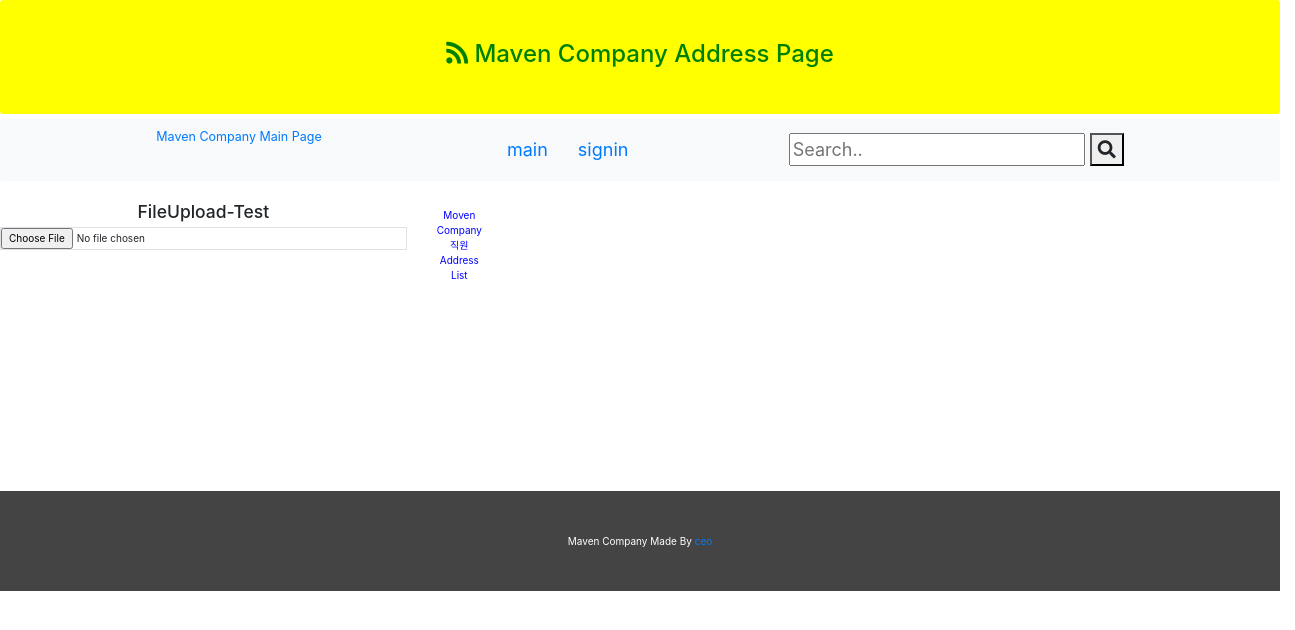
Repository: as2019a/spring
Page: http://localhost/ch19_project_mavenwebsite/WEB-INF/views/address.jsp
An editor plug-in stored every save of this project. The page is shown before and after the next save, followed by the edit.
The browser window is 1280 px wide. The page is 1295 px wide, so the pictures cover 1295 px, including what lies to the right of the window. The pictures show the whole page.
Some web libraries are served in a nearby version. The page is served by Tomcat 9. Nobody is signed in. Other server files are loaded and not shown. The template is opened directly, without the code that normally fills it, so the values that code supplies are empty.

Above is the page before, as saved 2019-01-31 09:29:08.

### ch19_project_mavenwebsite/src/main/webapp/WEB-INF/views/address.jsp
<%@ page language="java" contentType="text/html; charset=UTF-8"
    pageEncoding="UTF-8"%>
<%@ taglib prefix="c" uri="http://java.sun.com/jsp/jstl/core" %>
<%@ taglib prefix="sec" uri="http://www.springframework.org/security/tags" %>
<!DOCTYPE html>
<html>
<head>
<meta charset="UTF-8">
<meta name="viewport"
 	  content="width=device-width, initial-scale=1">
<title>Maven Company Address Page</title>
<link href="https://maxcdn.bootstrapcdn.com/bootstrap/3.3.2/css/bootstrap.min.css" rel="stylesheet">
<link rel="stylesheet" href="https://maxcdn.bootstrapcdn.com/bootstrap/4.2.1/css/bootstrap.min.css">
<link rel="stylesheet" href="https://use.fontawesome.com/releases/v5.5.0/css/all.css">
<style>
	.jumbotron{
		margin-bottom: 5px;
	}

	.jumbotron:hover{
		background-color:yellow;
	}

	#center:hover{
		color:orange;
	}

	#center{
		font-size:x-large;
		color:green;
	}

	#mca{
		text-align:center;
		color:blue;
		border-bottom:1px;
	}

	.navbar{
		font-size:large;
	}

	.footer{
		height: 100px;
		line-height: 100px;
		background-color: #444;
		color: white;
		text-align: center;
		margin-top: 200px;
	}
</style>
</head>
<body>
	<div class="jumbotron">
		<h1 class="text-center" id="center"><i class='fas fa-rss' style='font-size:25px'></i> Maven Company Address Page</h1>
	</div>
	<div class="navbar navbar-expand-sm bg-light">
		<div class="container-fluid">
			<div class="navbar-header">
					<button type="button"
							class="navbar-toggle"
							data-toggle="collapse"
							data-target="#navbar">
							<span class="icon-bar"></span>
							<span class="icon-bar"></span>
							<span class="icon-bar"></span>
					</button>
					<a class="navbar-brand" href="#">Maven Company Main Page</a>
	    		</div>
	    	<div>
	      	<div class="collapse navbar-collapse" id="myNavbar">
				<ul class="nav navbar-nav">
					<li><a href="/main">main</a></li>
					<sec:authorize access="!isAuthenticated()">
					<li><a href="/user/signin">signin</a></li>
					</sec:authorize>
					<sec:authorize access="isAuthenticated()">
					<li><a href="/user/signup">signup</a></li>
					</sec:authorize>
					<sec:authorize access="isAuthenticated()">
					<li><a href="/board/list">board</a></li>
					</sec:authorize>
					<sec:authorize access="isAuthenticated()">
					<li><a href="/mypage">mypage</a></li>
					</sec:authorize>
					<sec:authorize access="isAuthenticated()">
					<li><a href="/address">address</a></li>
					</sec:authorize>
					<sec:authorize access="isAuthenticated()">
					<li><a href="/cafe">cafe</a></li>
					</sec:authorize>
					<sec:authorize access="isAuthenticated()">
					<li><a href="/calendar">calendar</a></li>
					</sec:authorize>
					<sec:authorize access="isAuthenticated()">
					<li><a href="/worlduniversity">worlduniversity</a></li>
					</sec:authorize>
					<sec:authorize access="isAuthenticated()">
					<li><a href="/etc">etc</a></li>
					</sec:authorize>
					<sec:authorize access="hasRole('ROLE_MANAGER')">
					<li><a href="/manager">manager</a></li>
					</sec:authorize>
					<sec:authorize access="hasRole('ROLE_ADMIN')">
					<li><a href="/admin">admin</a></li>
					</sec:authorize>
					<sec:authorize access="isAuthenticated()">
					<li><a href="javascript:signout()">signout</a></li>
					</sec:authorize>
				</ul>
			</div>
		</div>
			<div class="search-container">
		    <form action="/action_page.php">
		      <input type="text" placeholder="Search.." name="search">
		      <button type="submit"><i class="fa fa-search"></i></button>
		    </form>
		  </div>
		</div>
	</div>
	<div class="row">
	  <div class="col">
	  	<h3 style="text-align:center;">FileUpload-Test</h3>
		<input type="file" class="form-control-file border">
	  </div>
	  <div class="col">
	  	<table>
	  		<caption id="mca">Moven Company 직원 Address List</caption>
	  	</table>
	  </div>
	  <div class="col">
	  	<h2 style="text-align:center;color:olive;"></h2>
	  </div>
	</div>
	<div class="footer">
		Maven Company Made By <a href="/footerceo">ceo</a>
	</div>
	<script src="https://code.jquery.com/jquery-3.3.1.min.js"></script>
	<script src="https://maxcdn.bootstrapcdn.com/bootstrap/3.3.2/js/bootstrap.min.js"></script>
	<script src="https://cdnjs.cloudflare.com/ajax/libs/popper.js/1.14.6/umd/popper.min.js"></script>
	<script src="https://maxcdn.bootstrapcdn.com/bootstrap/4.2.1/js/bootstrap.min.js"></script>
	<script>
		function signout(){
			var form = document.createElement("form");
			form.method="post";
			form.action="/user/signout";
			var input = document.createElement("input");
			input.type="hidden";
			input.name="${_csrf.parameterName}";
			input.value="${_csrf.token}";
			form.appendChild(input);
			document.body.appendChild(form);
			form.submit();
		}


	</script>
</body>
</html>

After the next save:
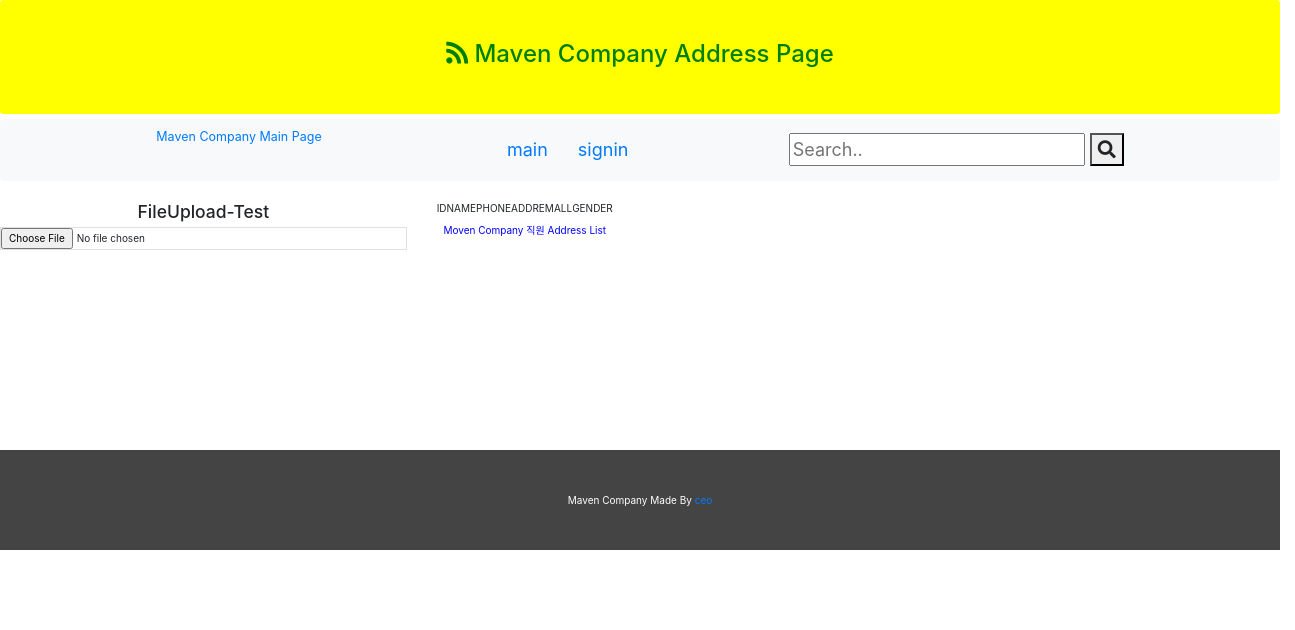
Saved 5 min 8 s later.
--- a/ch19_project_mavenwebsite/src/main/webapp/WEB-INF/views/address.jsp
+++ b/ch19_project_mavenwebsite/src/main/webapp/WEB-INF/views/address.jsp
@@ -126,6 +126,14 @@
 	  <div class="col">
 	  	<table>
 	  		<caption id="mca">Moven Company 직원 Address List</caption>
+	  		<tr>
+	  			<td>ID</td>
+	  			<td>NAME</td>
+	  			<td>PHONE</td>
+	  			<td>ADDR</td>
+	  			<td>EMALL</td>
+	  			<td>GENDER</td>
+	  		</tr>
 	  	</table>
 	  </div>
 	  <div class="col">
